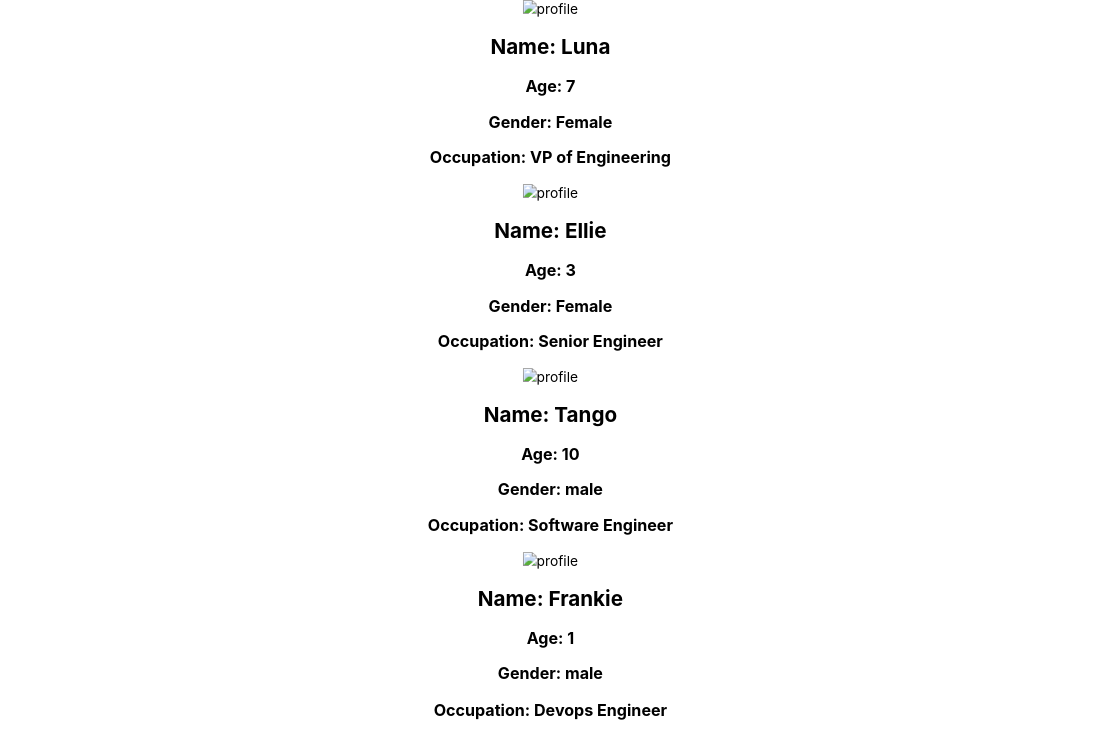
Repository: mahsa199170/React-Props-projects
Page: / (app in profile-app/)
An editor plug-in stored every save of this project. The page is shown before and after the next save, followed by the edit.
The browser window is 1280 px wide. The pictures show the whole page, at 86% of full size.
The project was rebuilt for these pictures with package versions that can differ from the ones it lists, and the page was loaded fresh each time.

Above is the page before, as saved 2024-11-18 15:30:59.

After the next save:
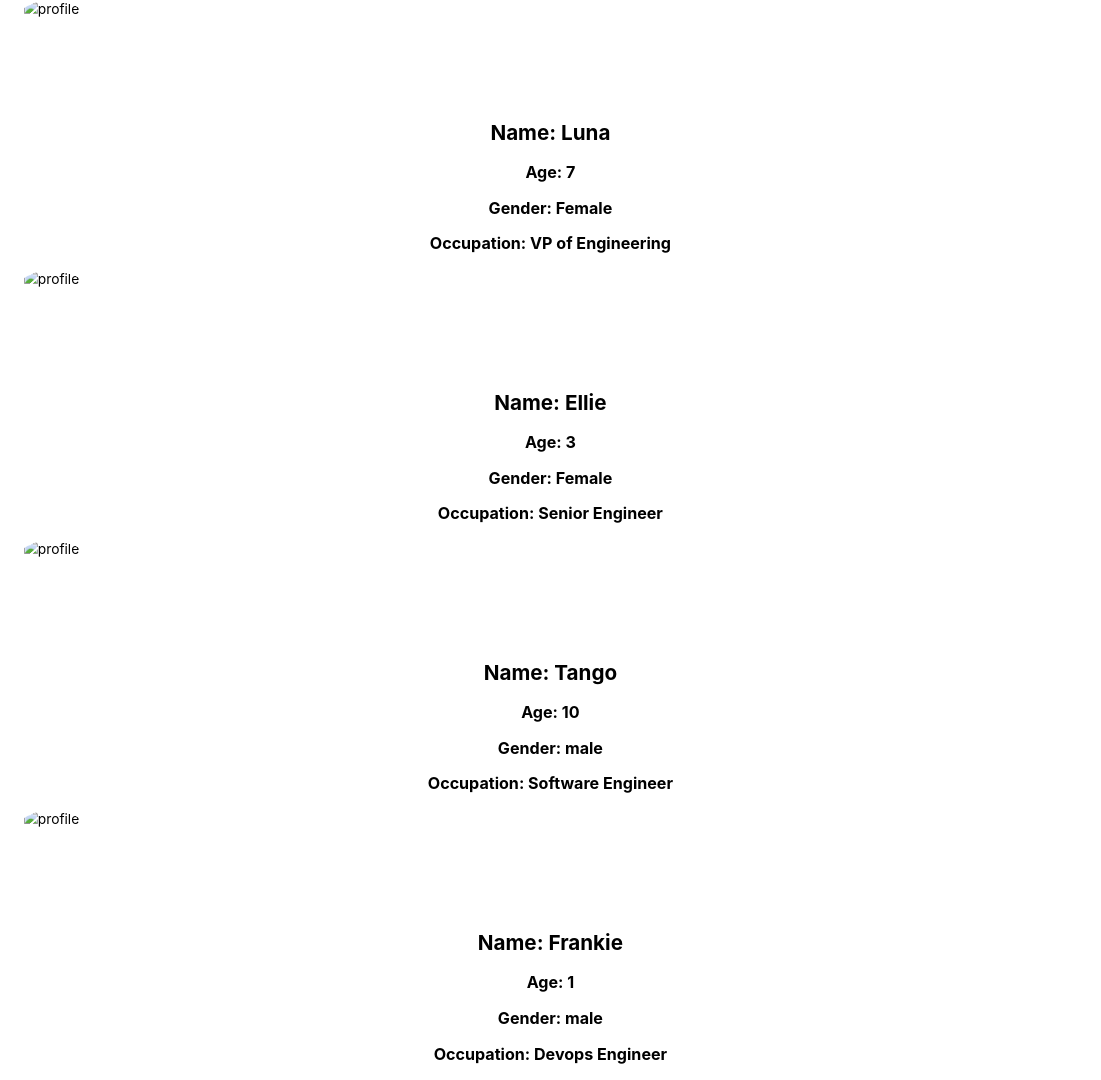
Saved 1 s later.
--- a/profile-app/src/components/Profile.js
+++ b/profile-app/src/components/Profile.js
@@ -1,5 +1,6 @@
 import React from 'react';
 import Card from './card/Card';
+import './Profile.scss';
 
 const Profile = ({ id, name, age, gender, occupation }) => {
   return (
